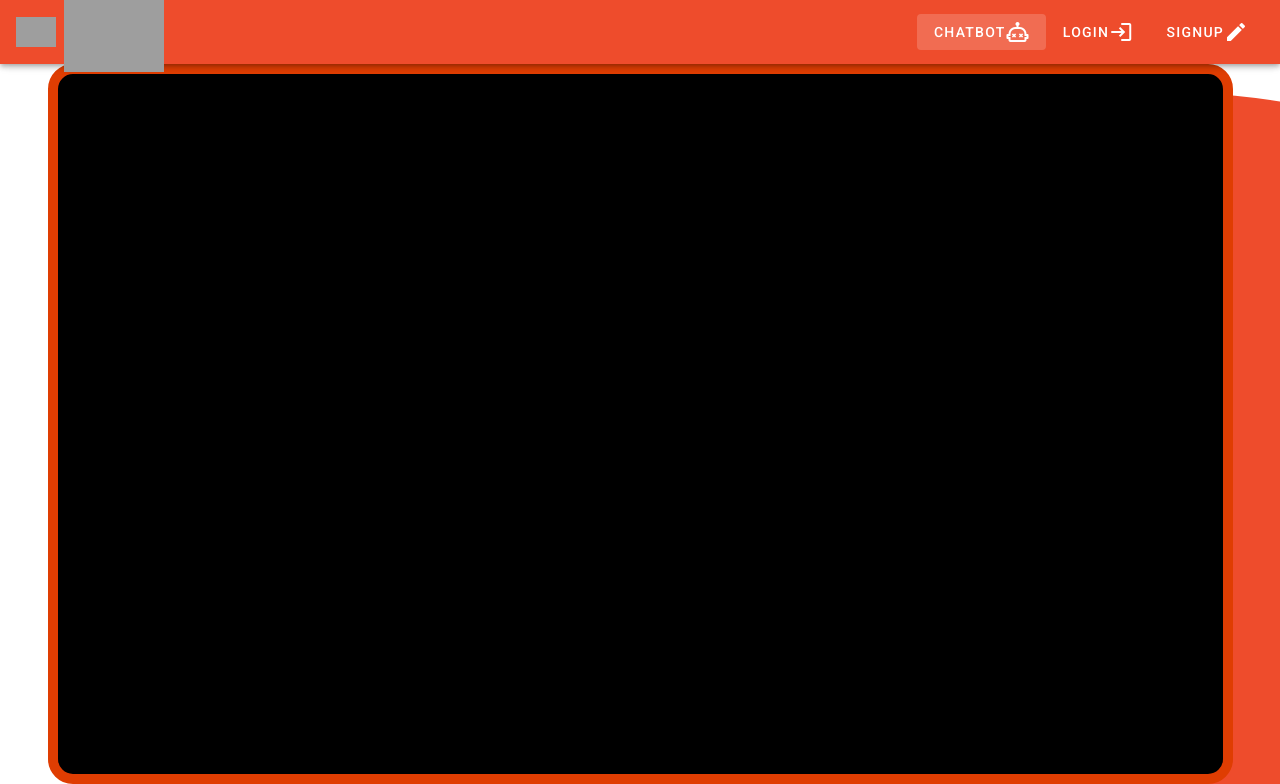
Repository: atout811/pyTorch-Hackathon
Page: /chatbot (app in frontend/)
These files come from the project's save history. The page is drawn as it stood at one moment and after the next save; the edit follows.
The browser window is 1280 px wide. The pictures show the whole page.
Pictures or frames that could not be fetched are drawn as grey boxes. The project was rebuilt for these pictures with package versions that can differ from the ones it lists, and the page was loaded fresh each time. Also part of the build but not shown: frontend/vue.config.js, frontend/src/views/Home.vue.

Above is the page before, as saved 2021-10-21 14:50:55.

After the next save:
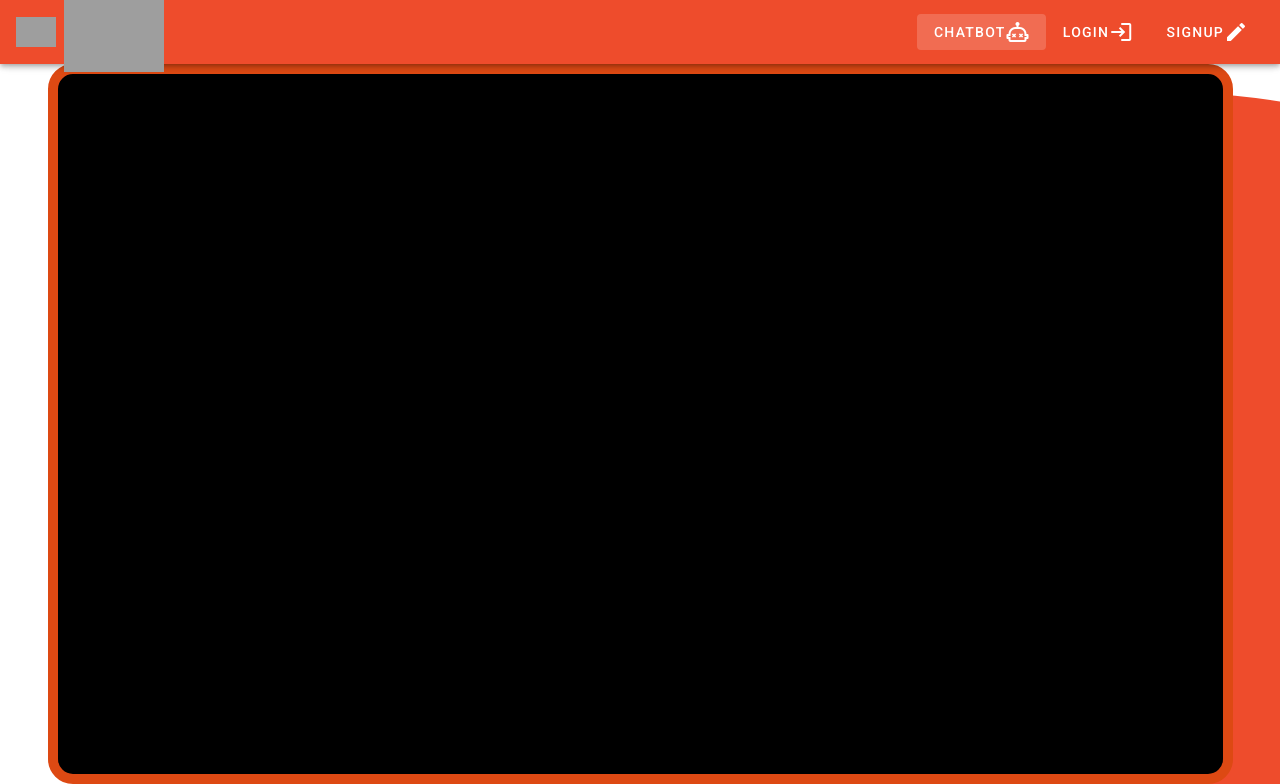
Saved 9 s later.
--- a/frontend/src/views/Chatbot.vue
+++ b/frontend/src/views/Chatbot.vue
@@ -20,6 +20,6 @@ export default {
   /* margin: 10px; */
   background-color: black;
   border-radius: 25px;
-  border: 10px solid rgb(223, 61, 2);
+  border: 10px solid rgb(221, 73, 19);
 }
 </style>
